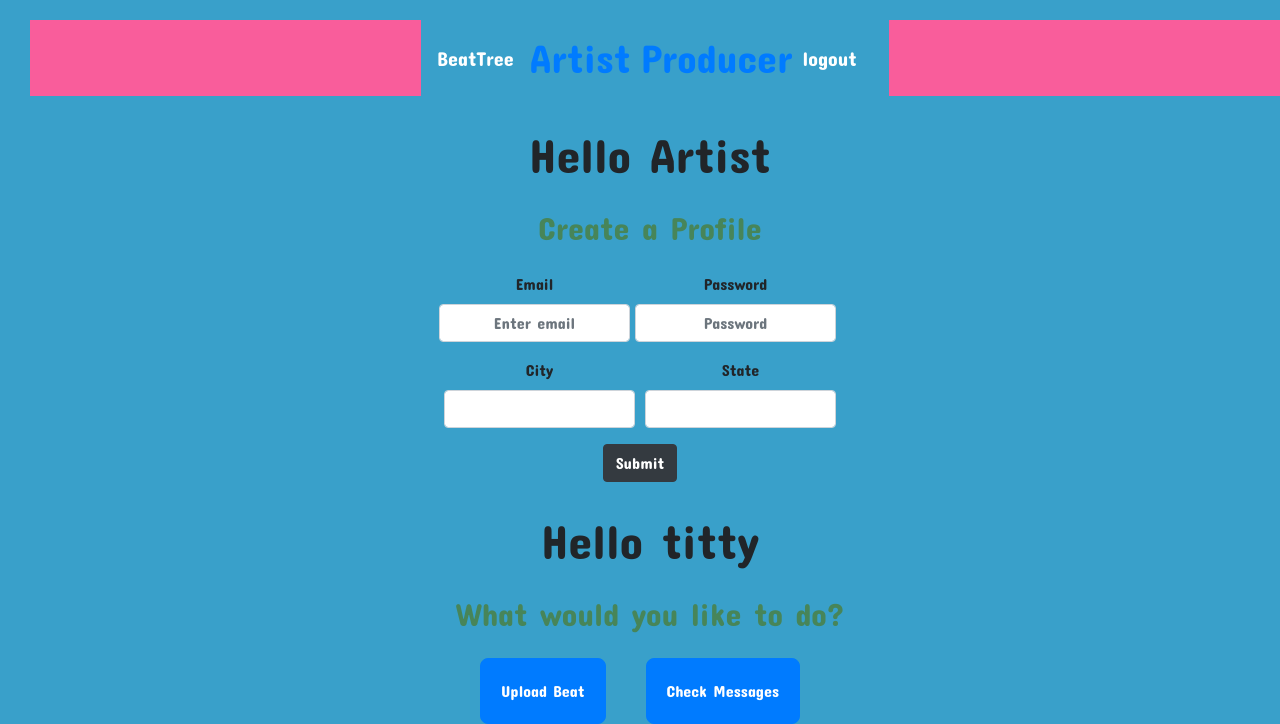
Repository: kellysciandra/beattree
Page: /artist/ArtistSignup
An editor plug-in stored every save of this project. The page is shown before and after the next save, followed by the edit.
The browser window is 1280 px wide. The pictures show the whole page.
The project was rebuilt for these pictures with package versions that can differ from the ones it lists, and the page was loaded fresh each time. Also part of the build but not shown: src/components/layout/Home.js, src/components/producer/Producer.js, src/components/artist/ArtistUpload.js, src/components/signup/ProducerSignup.js, src/components/audio/Beats.js.

Above is the page before, as saved 2019-12-23 14:04:01.

After the next save:
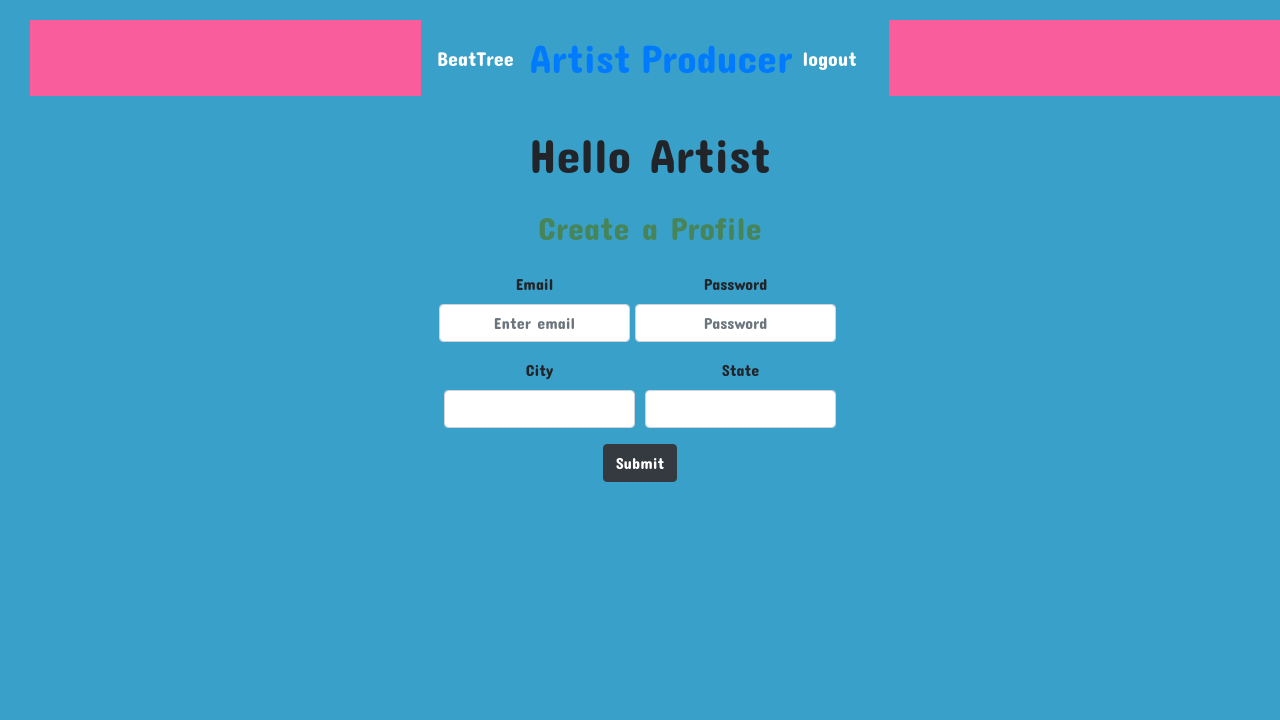
Saved 31 s later.
--- a/src/components/artist/ArtistSignup.js
+++ b/src/components/artist/ArtistSignup.js
@@ -88,8 +88,8 @@ export default class ArtistSignup extends Component {
 
        <Button variant="dark" type="submit">Submit</Button>
      </Form>
+      <span hidden ><Artist /></span>
 
-      <Artist />
    </div>
 
     )
